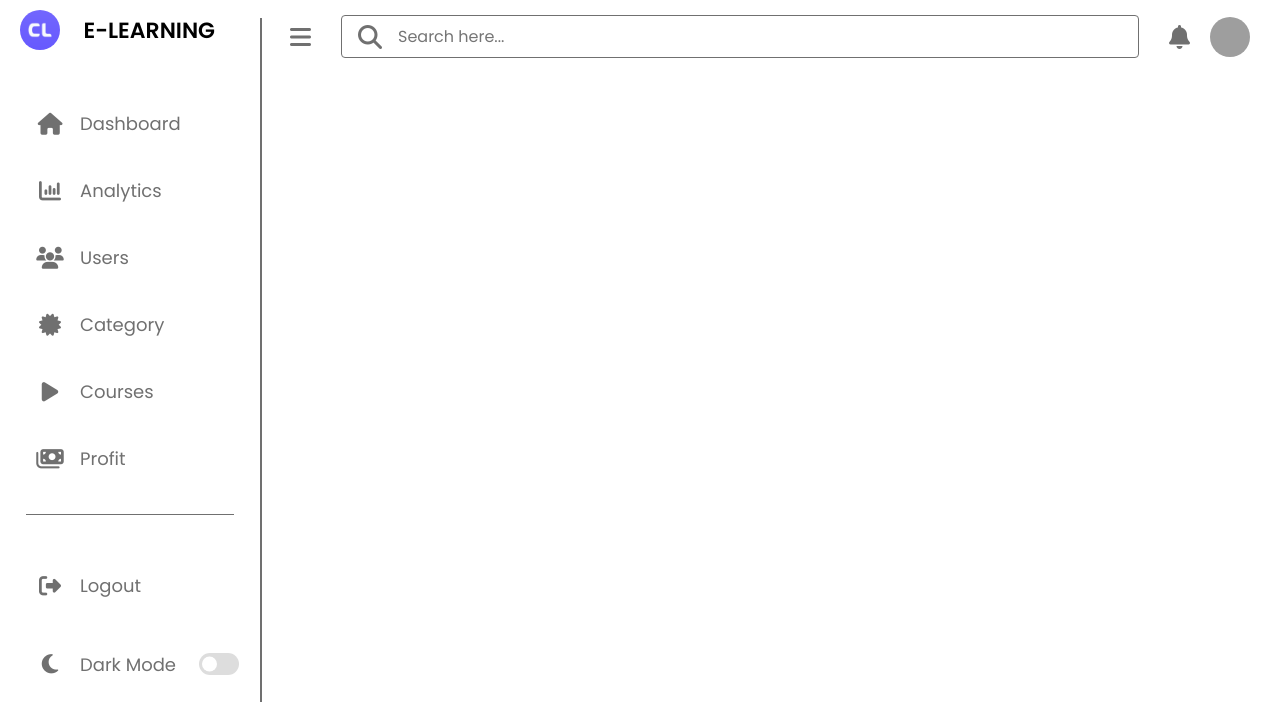
Repository: phamngocthang/practice-html-css
Page: Admin/dist/index.html
An editor plug-in stored every save of this project. The page is shown before and after the next save, followed by the edit.
The browser window is 1280 px wide. The pictures show the whole page.
Pictures or frames that could not be fetched are drawn as grey boxes. The style sheet was rebuilt from its Sass, Less or Tailwind sources for each picture, by a compiler version that may differ from the author's.

Above is the page before, as saved 2023-10-24 23:16:07.

### Admin/dist/index.html
<!DOCTYPE html>
<html lang="en">
<head>
    <meta charset="UTF-8">
    <meta name="viewport" content="width=device-width, initial-scale=1.0">
    <title>Document</title>
    <link rel="stylesheet" href="style/main.css">
    <link rel="stylesheet" href="https://cdnjs.cloudflare.com/ajax/libs/font-awesome/6.4.2/css/all.min.css" integrity="sha512-z3gLpd7yknf1YoNbCzqRKc4qyor8gaKU1qmn+CShxbuBusANI9QpRohGBreCFkKxLhei6S9CQXFEbbKuqLg0DA==" crossorigin="anonymous" referrerpolicy="no-referrer" />
</head>
<body>
    <nav>
        <div class="logo">
            <div class="logo__image">
                <img src="/Images/logo.png" alt="">
            </div>

            <span class="logo__name">
                E-LEARNING
            </span>
        </div>

        <div class="menu">
            <ul class="menu__link">
                <li class="menu__link__item"><a href="#">
                    <i class="fa-solid fa-house"></i>
                    <span>Dashboard</span>
                </a></li>
                <li class="menu__link__item"><a href="#">
                    <i class="fa-solid fa-chart-column"></i>
                    <span>Analytics</span>
                </a></li>
                <li class="menu__link__item"><a href="#">
                    <i class="fa-solid fa-users"></i>
                    <span>Users</span>
                </a></li>
                <li class="menu__link__item"><a href="#">
                    <i class="fa-solid fa-certificate"></i>
                    <span>Category</span>
                </a></li>
                <li class="menu__link__item"><a href="#">
                    <i class="fa-solid fa-play"></i>
                    <span>Courses</span>
                </a></li>
                <li class="menu__link__item"><a href="#">
                    <i class="fa-solid fa-money-bills"></i>
                    <span>Profit</span>
                </a></li>
            </ul>

            <ul class="menu__link">
                <li class="menu__link__item"><a href="#">
                    <i class="fa-solid fa-right-from-bracket"></i>
                    <span>Logout</span>
                </a></li>

                <li class="menu__link__item menu__link__item--darkmode"><a href="#">
                    <i class="fa-solid fa-moon"></i>
                    <span>Dark Mode</span>
                    <div class="menu__toggle">
                        <span class="menu__switch"></span>
                    </div>
                </a></li>
            </ul>
        </div>
    </nav>

    <section class="dashboard">
        <div class="top">
            <i class="fa-solid fa-bars top__bar"></i>
            <div class="top__search-box">
                <i class="fa-solid fa-magnifying-glass"></i>
                <input type="text" placeholder="Search here...">
            </div>
            <div class="top__image">
                <i class="fa-solid fa-bell bell"></i>
                <img src="/Images/avatar.jpg" alt="">
            </div>
        </div>
    </section>

    <script src="script.js">

    </script>
</body>
</html>

### Admin/dist/script.js
const body = document.querySelector("body");
const modeTogger = document.querySelector(".menu__toggle");

modeTogger.addEventListener("click", () => {
    body.classList.toggle("dark")
})

### Admin/scss/main.scss
@import url('https://fonts.googleapis.com/css2?family=Poppins:wght@200;300;400;500;600&display=swap');
@import 'variables';
* {
    margin: 0;
    padding: 0;
    box-sizing: border-box;
    font-family: 'Poppins', sans-serif;
}

body {
    --primary-color: #{$primary-color};
    --panel-color: #{$panel-color};
    --text-color: #{$text-color};
    --black-light-color: #{$black-light-color};
    --border-color: #{$border-color};
    --toggle-color: #{$toggle-color};
    --box1-color: #{$box1-color};
    --box2-color: #{$box2-color};
    --box3-color: #{$box3-color};
    --title-icon-color: #{$title-icon-color};
    min-height: 100vh;
    background-color: var(--primary-color);
}

body.dark {
    --primary-color: #3A3B3C;
    --panel-color: #242526;
    --text-color: #FFF;
    --black-light-color: #CCC;
    --border-color: #4D4C4C;
    --toggle-color: #FFF;
    --box1-color: #3A3B3C;
    --box2-color: #3A3B3C;
    --box3-color: #3A3B3C;
    --title-icon-color: #CCC;

    .menu__switch::before {
        left: 20px !important;
    }
}

nav {
    position: fixed;
    width: 260px;
    height: 100%;
    top: 0;
    left: 0;
    background-color: var(--panel-color);

    .logo {
        display: flex;
        justify-content: space-between;
        align-items: center;
        &__image {
            min-width: 45px;
            display: flex;
            align-items: center;

            img {
                width: 40px;
                border-radius: 50%;
                object-fit: cover;
            }

        }

        &__name {
            color: var(--text-color);
            font-weight: 600;
            font-size: 22px;
        }
        padding: 10px 45px 10px 20px;
    }

    .menu {
        height: 100%;
        padding: 30px 0px 30px 20px;
        position: relative;


        &::after {
            content: '';
            left: 50%;
            top: 63%;
            width: 80%;
            height: 0.5px;
            transform: translateX(-50%);
            background-color: var(--black-light-color);
            position: absolute;
        }

        &__link {
            list-style: none;
            display: flex;
            flex-direction: column;
            align-items: flex-start;


            &:nth-child(1) {
                height: 70%;
            }


            &__item {
                padding: 20px 0;

                a {
                    text-decoration: none;
                    color: var(--black-light-color);
                    font-size: 18px;
                    display: flex;
                    align-items: center;
                    position: relative;
                    transition: 0.4 ease all;

                    i {
                        min-width: 60px;
                        text-align: center;
                        font-size: 22px;
                    }

                    span {
                        font-weight: 400;
                    }

                    &:hover {
                        color: var(--primary-color);

                        &::before {
                            content: '';
                            width: 5px;
                            height: 5px;
                            border-radius: 50%;
                            background-color: var(--primary-color);
                            position: absolute;
                            transition: 0.4 ease all;
                        }
                    }
                }
            }

            &__item--darkmode {
                display: flex;
                align-items: center;


                .menu__toggle {
                    margin-left: 20px;
                    height: 50px;
                    min-width: 45px;
                    display: flex;
                    align-items: center;
                    justify-content: center;

                    .menu__switch {
                        display: inline-block;
                        border-radius: 25px;
                        position: relative;
                        height: 22px;
                        width: 40px;
                        background-color: var(--toggle-color);

                        &::before {
                            content: '';
                            width: 15px;
                            height: 15px;
                            position: absolute;
                            background-color: var(--title-icon-color);
                            border-radius: 50%;
                            left: 3px;
                            top: 50%;
                            transform: translateY(-50%);
                            transition: $tran-03;
                        }
                    }
                }
            }
        }
    }
}

.dashboard {
    background-color: var(--panel-color);
    width: calc(100% - 260px);
    left: 260px;
    min-height: 100vh;
    position: relative;
    padding: 15px 30px 40px;

    &::before {
        content: '';
        width: 2px;
        height: 95%;
        background-color: var(--black-light-color);
        left: 0;
        top: 50%;
        transform: translateY(-50%);
        position: absolute;
    }

    .top {
        height: 10%;
        display: flex;
        align-items: center;
        justify-content: space-between;

        i {
            font-size: 24px;
            color: var(--black-light-color);

        }

        &__bar {
            cursor: pointer;
        }

        &__search-box {
            flex: 1;
            width: 100%;
            padding: 8px;
            border-radius: 4px;
            border: 0.4px solid var(--black-light-color);
            margin: 0 30px;
            display: flex;
            align-items: center;

            i {
                font-size: 24px;
                padding: 0 16px 0 8px;
                color: var(--black-light-color);
            }

            input {
                font-size: 16px;
                outline: none;
                border: none;
                height: 100%;
                width: 100%;
                background-color: transparent;
            }
        }

        &__image {
            margin: 0 20p;
            display: flex;
            align-items: center;

            .bell {
                cursor: pointer;
                margin-right: 20px;
            }

            img {
                width: 40px;
                height: 40px;
                object-fit: cover;
                border-radius: 50%;
            }
        }
    }
}

### Admin/scss/_variables.scss
/* ===== Colors ===== */
$primary-color: #0E4BF1;
$panel-color: #FFF;
$text-color: #000;
$black-light-color: #707070;
$border-color: #e6e5e5;
$toggle-color: #DDD;
$box1-color: #4DA3FF;
$box2-color: #FFE6AC;
$box3-color: #E7D1FC;
$title-icon-color: #fff;

/* ====== Transition ====== */
$tran-05: all 0.5s ease;
$tran-03: all 0.3s ease;
$tran-03: all 0.2s ease;

After the next save:
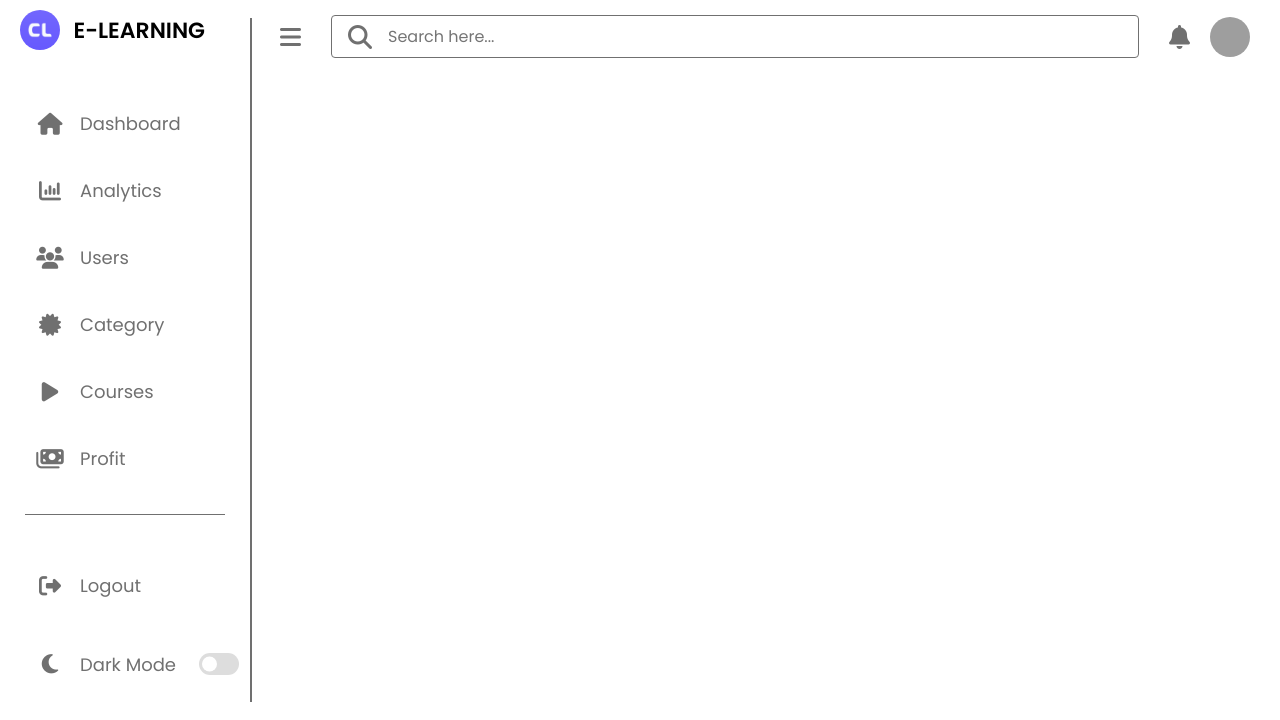
Saved 11 min 14 s later.
--- a/Admin/scss/main.scss
+++ b/Admin/scss/main.scss
@@ -41,7 +41,7 @@ body.dark {
 
 nav {
     position: fixed;
-    width: 260px;
+    width: 250px;
     height: 100%;
     top: 0;
     left: 0;
@@ -181,8 +181,8 @@ nav {
 
 .dashboard {
     background-color: var(--panel-color);
-    width: calc(100% - 260px);
-    left: 260px;
+    width: calc(100% - 250px);
+    left: 250px;
     min-height: 100vh;
     position: relative;
     padding: 15px 30px 40px;
